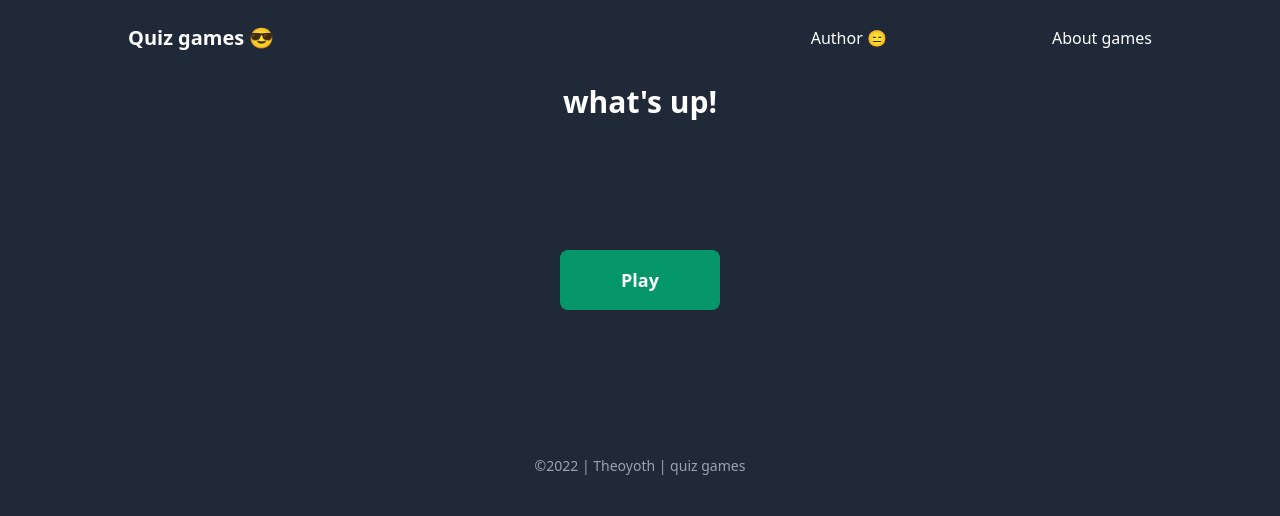
Repository: theoyoth/quiz-game
Page: /
These files come from the project's save history. The page is drawn as it stood at one moment and after the next save; the edit follows.
The browser window is 1280 px wide. The pictures show the whole page.
The project was rebuilt for these pictures with package versions that can differ from the ones it lists, and the page was loaded fresh each time. The framework's server and built-in components were replaced by stand-ins that run in the browser. Also part of the build but not shown: nuxt.config.js, components/Loading.vue, layouts/404.vue, layouts/error.vue, layouts/errorLayout.vue. Imported but missing from the stored project, and not drawn on this page: components/EndPage.vue.

Above is the page before, as saved 2022-06-16 15:56:56.

### assets/css/main.css
@tailwind base;
@tailwind components;
@tailwind utilities;


/* hide scrollbar */
/* ================================ */
* {
  /* for explorer, edge */
  -ms-overflow-style: none;
  /* for firefox */
  scrollbar-width: none;
}
::-webkit-scrollbar {
  /* for chrome, safari, and opera */
  display: none;
}
/* ================================ */

.correct {
  background-color: rgb(23, 87, 170);
}
.incorrect {
  background-color: rgb(204, 49, 41);
}

### components/Footer.vue
.<template>
  <div class="text-center mt-4">
    <p class="text-sm text-gray-400">&copy;2022 | Theoyoth | quiz games</p>
  </div>
</template>

<script>
export default {

}
</script>

### components/Header.vue
<template>
  <div class="flex justify-between items-center">
    <div>
      <h2 class="font-bold text-xl">
        <NuxtLink to="/">Quiz games 😎</NuxtLink>
      </h2>
    </div>
    <div class="lg:w-1/3 sm:w-1/2 md:w-1/3 xl:w-1/3 flex justify-between items-center">
      <NuxtLink to="/">Author 😑</NuxtLink>
      <NuxtLink to="/about">About games</NuxtLink>
    </div>
  </div>
</template>

<script>
export default {

}
</script>

### components/Main.vue
<template>
  <div>
    <div class="lg:px-10 md:px-8 sm:px-4 xl:px-32 py-6 min-h-screen bg-gray-800 text-white">
    <Header />
      <NuxtChild />
    <Footer />
    </div>
  </div>
</template>

<script>
export default {

}
</script>

### layouts/default.vue
<template>
  <Main>
      <Nuxt />
  </Main>
</template>

### pages/index.vue
<template>
  <div class="h-full">
    <h1 class="text-3xl mt-8 font-bold text-center">what's up!</h1>
    <div class="flex items-center justify-center h-80">
      <NuxtLink to="/game">
        <div class="w-40 p-4 bg-green-600 hover:bg-green-500 rounded-lg text-center">
          <p class="font-semibold text-lg">Play</p>
        </div>
      </NuxtLink>
    </div>
  </div>
</template>

<script>
export default {
}
</script>

### tailwind.config.js
/** @type {import('tailwindcss').Config} */
module.exports = {
  content: [
    "./components/**/*.{js,vue,ts}",
    "./layouts/**/*.vue",
    "./pages/**/*.vue",
    "./plugins/**/*.{js,ts}",
    "./nuxt.config.{js,ts}",
  ],
  theme: {
    extend: {},
    screens: {
      sm: "410px",
      md: "640px",
      lg: "770px",
      xl: "1024px",
    },
  },
  plugins: [],
};

After the next save:
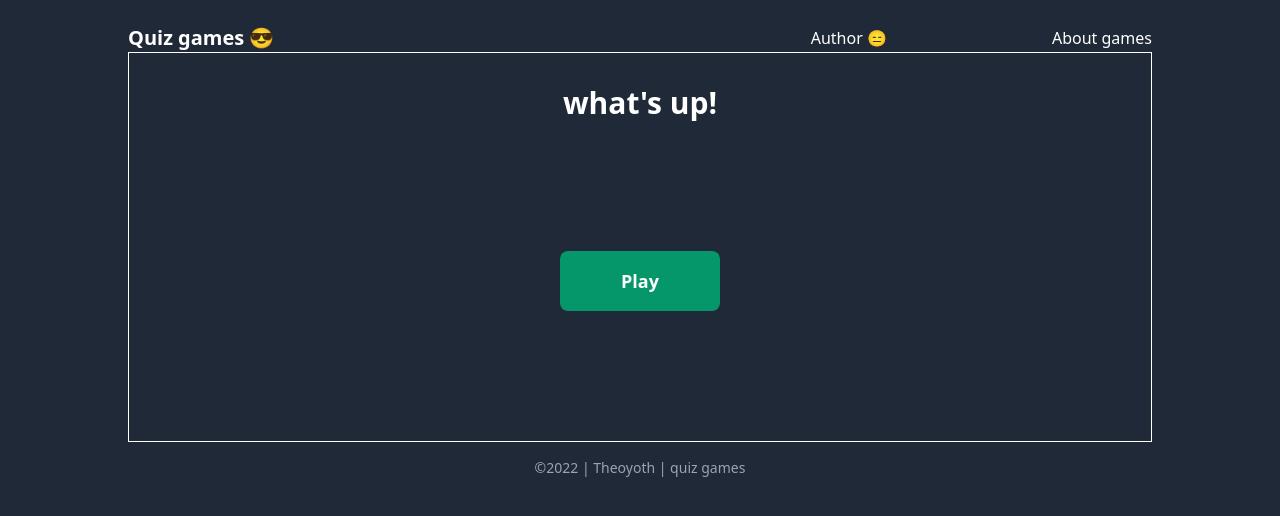
Saved 26 s later.
--- a/pages/index.vue
+++ b/pages/index.vue
@@ -1,5 +1,5 @@
 <template>
-  <div class="h-full">
+  <div class="h-full border border-1 border-white">
     <h1 class="text-3xl mt-8 font-bold text-center">what's up!</h1>
     <div class="flex items-center justify-center h-80">
       <NuxtLink to="/game">
